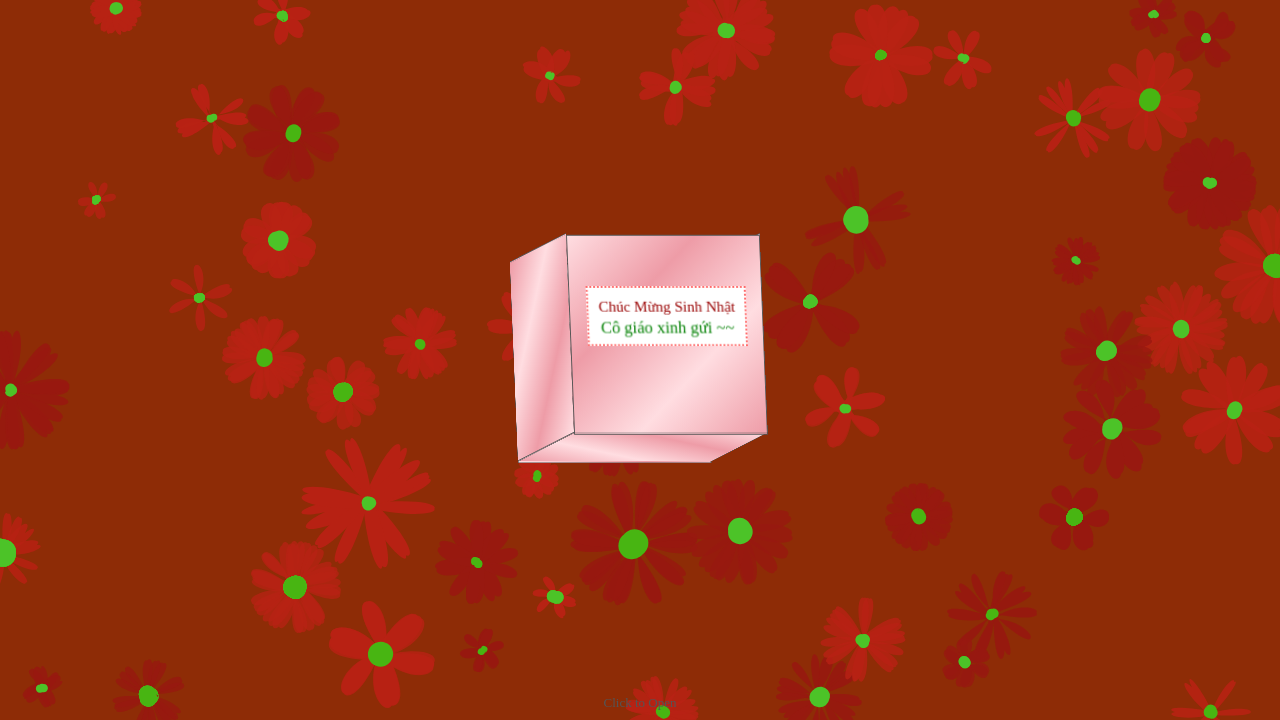
Repository: longhuu2204/click-me
Page: index.html
An editor plug-in stored every save of this project. The page is shown before and after the next save, followed by the edit.
The browser window is 1280 px wide. The pictures show the whole page.

Above is the page before, as saved 2023-03-10 23:34:39.

After the next save:
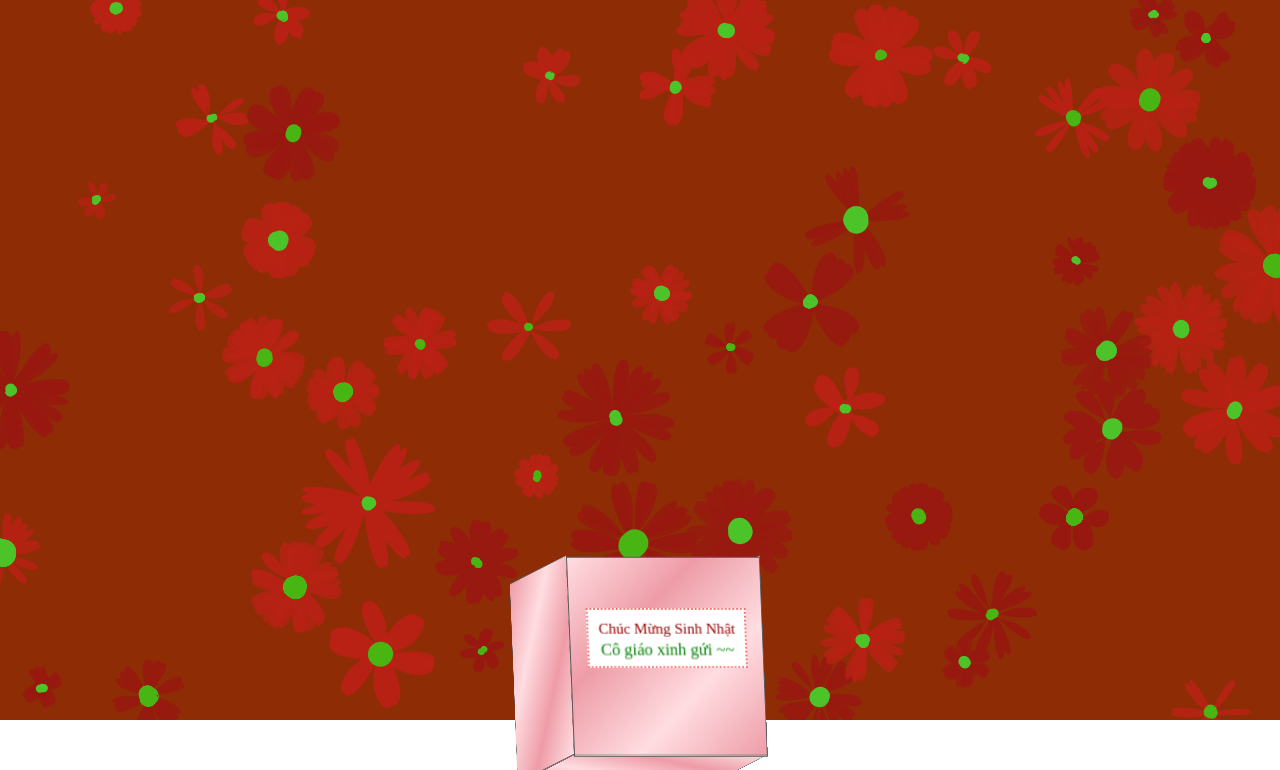
Saved 5 min 41 s later.
--- a/present.css
+++ b/present.css
@@ -32,8 +32,8 @@ body {
   width: 100%;
   display: flex;
   align-self: flex-end;
-  justify-content: center;
-  align-items: center;
+  position: absolute;
+  transform: translate(0, 50px);
 }
 
 .present-box {
